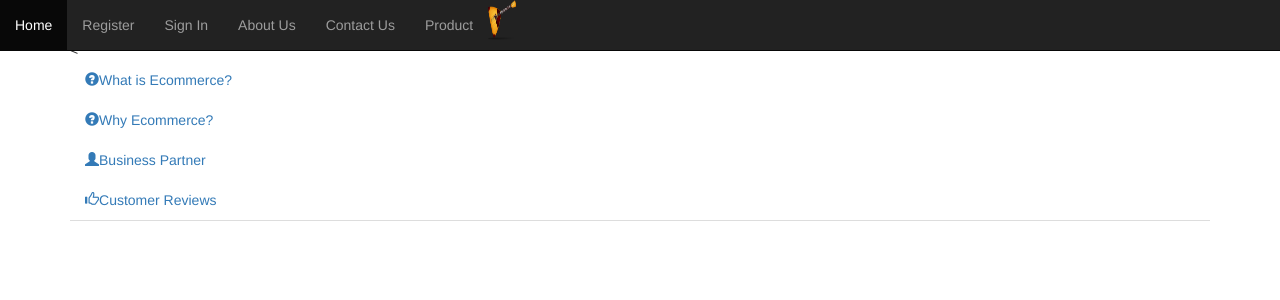
Repository: aradhana15/myFinalRepository
Page: http://localhost/music/WEB-INF/views/yecomm.jsp
An editor plug-in stored every save of this project. The page is shown before and after the next save, followed by the edit.
The browser window is 1280 px wide. The pictures show the whole page.
The page is served by Tomcat 9. Nobody is signed in. The template is opened directly, without the code that normally fills it, so the values that code supplies are empty.

Above is the page before, as saved 2016-04-23 13:58:56.
Console error (its wording comes from the project's code and is left out).

After the next save:
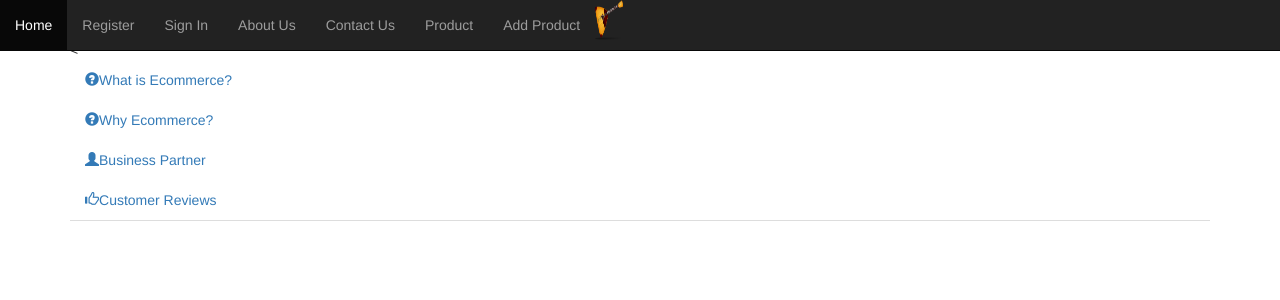
Saved 35 s later.
--- a/wwf/music/src/main/webapp/WEB-INF/views/header.jsp
+++ b/wwf/music/src/main/webapp/WEB-INF/views/header.jsp
@@ -20,7 +20,7 @@
 			<li><a href="aboutus">About Us</a></li>
 			<li><a href="contactus">Contact Us</a></li>
 			<li><a href="product">Product</a></li>
-
+			<li><a href="addproduct">Add Product</a></li>
 			 <li><img src="<c:url value='/resources/images/guitar.jpg' />"height="40px" width="30px"></li>
 
 
